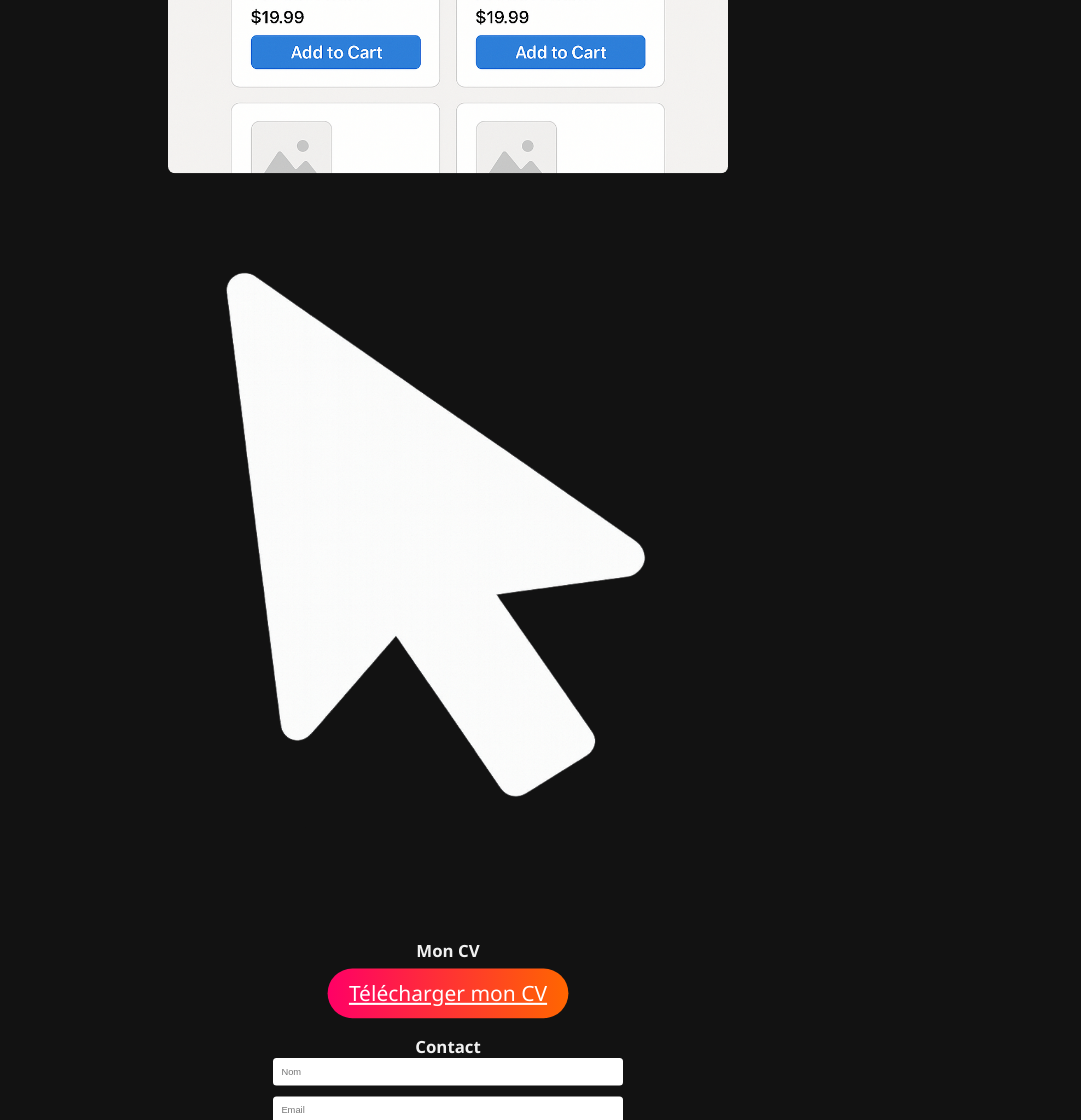
Repository: Yxniiss/ProjetCssAvance
Page: OneDrive/Bureau/Portfolio DrifYanis/home.html
The author's editor kept a copy of each file at every save. The page is drawn from the files as they stood at one save, then again after the next save.
The browser window is 1280 px wide. The page is 1544 px wide, so the pictures cover 1544 px, including what lies to the right of the window. The pictures show the part of the page from y = 1451 to 3051 px (the page is 3268 px tall before and 2264 px after), at 70% of full size.

Above is the page before, as saved 2025-04-10 11:34:56.
Console error: TypeError: Cannot set properties of null (setting 'textContent')

After the next save:
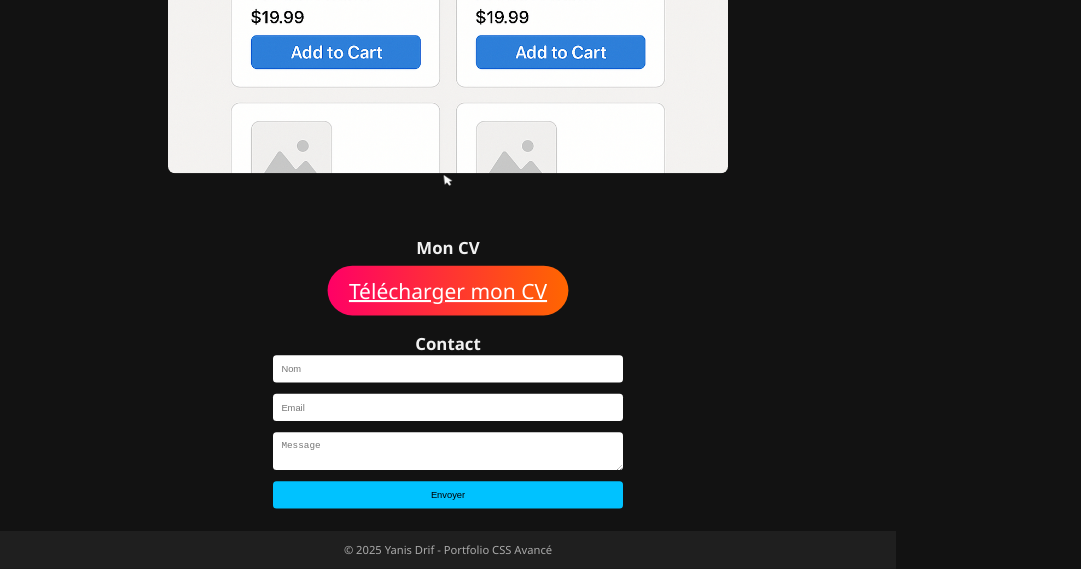
Saved 31 s later.
--- a/OneDrive/Bureau/Portfolio DrifYanis/home.html
+++ b/OneDrive/Bureau/Portfolio DrifYanis/home.html
@@ -49,7 +49,7 @@
       <img src="/image/ChatGPT Image 10 avr. 2025, 11_09_31.png" alt="Projet 2" />
       <img src="/image/ChatGPT Image 10 avr. 2025, 11_11_38.png" alt="Projet 3" />
     </div>
-    <div id="cursor2">
+    <div class="cursor2">
       <img src="/image/fecd8f8b-00be-49a2-b5b1-3fb5a8c2059e.png">
     </div>
   </section>
